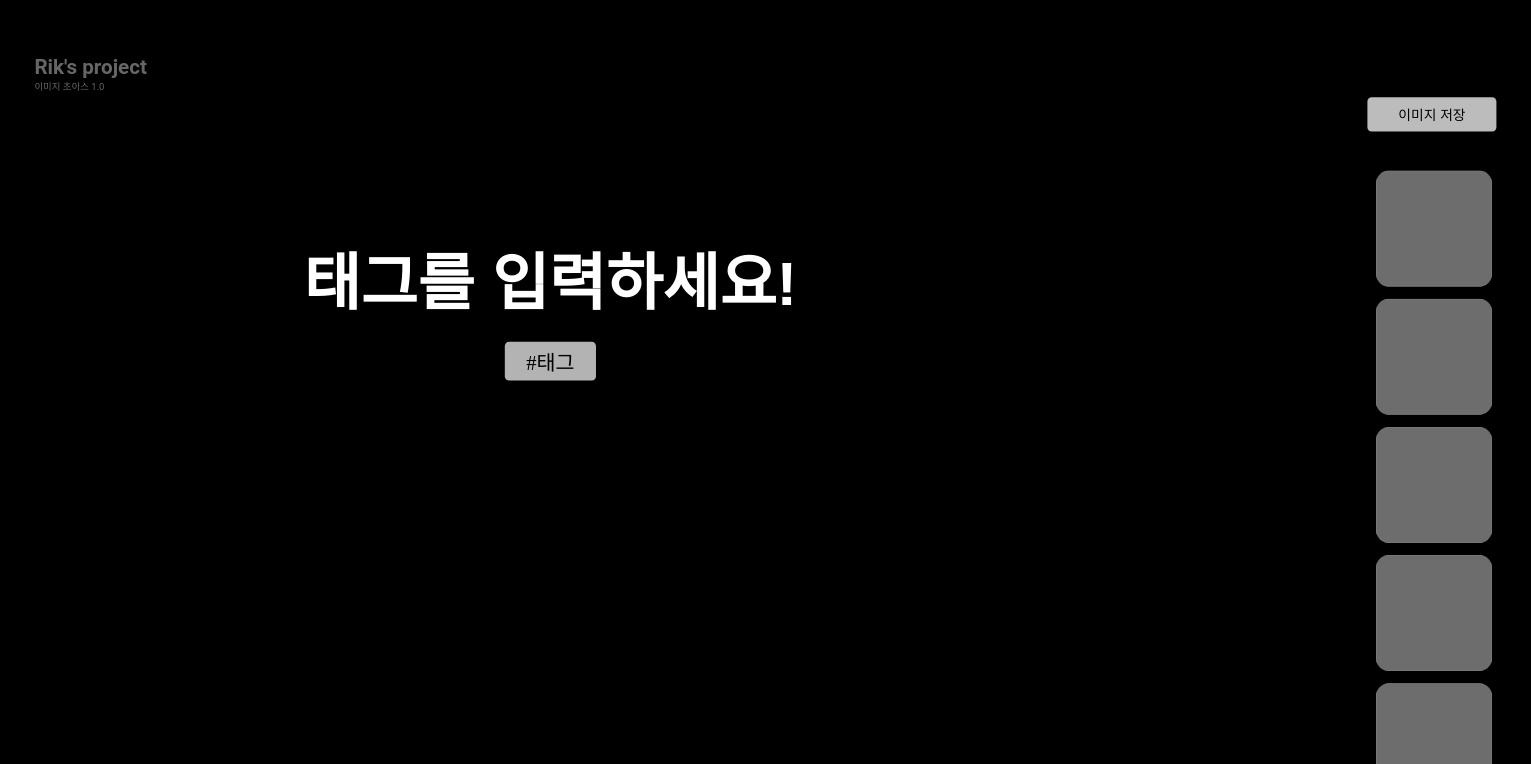
Repository: YoonJoowon/ImageTagPrinter
Page: public/index.html
These files come from the project's save history. The page is drawn as it stood at one moment and after the next save; the edit follows.
The browser window is 1280 px wide. The page is 1780 px wide, so the pictures cover 1780 px, including what lies to the right of the window. The pictures show the whole page, at 86% of full size.
An inner scrolling area shows only its first screen.

Above is the page before, as saved 2023-05-23 16:06:54.

### public/index.html
<!DOCTYPE html>
<html lang="en">

<head>
  <meta charset="UTF-8">
  <meta http-equiv="X-UA-Compatible" content="IE=edge">
  <meta name="viewport" content="width=device-width, initial-scale=1.0">

  <link rel="preconnect" href="https://fonts.googleapis.com">
  <link rel="preconnect" href="https://fonts.gstatic.com" crossorigin>
  <link href="https://fonts.googleapis.com/css2?family=Libre+Baskerville:ital,wght@0,400;0,700;1,400&display=swap" rel="stylesheet">
  <link rel="stylesheet" href="../src/index.css">
  <script defer src="App.js"></script>

  <link rel="shortcut icon" href="img/favicon.ico" type="image/x-icon">
  <link rel="icon" href="img/favicon.ico" type="image/x-icon">
  <title>검색어를 입력해보세요!</title>
</head>

<section class="wrapper">
  <header>
      <div>
        <a href="https://github.com/YoonJoowon" target="_blank">
          <h1>Rik's project</h1>
          <p>이미지 초이스 1.0</p>
        </a>
      </div>
      <div class="master__panel">
        <button class="btn" id="export">이미지 저장</button>
      </div>
  </header>
</section>

<section class="bar">
  <div class="imgBack"></div>

  <div class="scrollbar">
      <div class="images">
        <img class="image1" onclick="changeBackground(this)">
        <img class="image2" onclick="changeBackground(this)">
        <img class="image3" onclick="changeBackground(this)">
        <img class="image4" onclick="changeBackground(this)">
        <img class="image5" onclick="changeBackground(this)">
        <img class="image6" onclick="changeBackground(this)">
        <img class="image7" onclick="changeBackground(this)">
        <img class="image8" onclick="changeBackground(this)">
        <img class="image9" onclick="changeBackground(this)">
        <img class="image10" onclick="changeBackground(this)">
        <img class="image11" onclick="changeBackground(this)">
      </div>
  </div>
</section>

<body>
  <section class="container">
    <input type="text" class="addTag"  placeholder="태그를 입력하세요!" >
    <section class="container_tag">
      <!-- container__tag 이거랑 addEventListner랑 관련 있음  -->
      <article class="tag" data-keyword="">
          #태그
    </section>
  </section>
</body>

  <script>
    function changeBackground(imageElement) {
      const imageUrl = imageElement.src;
      document.body.style.backgroundImage = `url(${imageUrl})`;
  }
  </script>
</html>

### src/index.css
* {
  margin: 0;
  padding: 0;
  box-sizing: border-box;
}

a {
  text-decoration: none;
  color: #fff;
}

/* HEADER */

header {
  padding-top: 64px;
  margin-bottom: 35px;
  width: 100%;
  font-family: 'Roboto', sans-serif;
  position: relative;
}

header h1 {
  font-size: 24px;
  color: #ffff;
  margin-left: 40px;
  opacity: 0.4;
  cursor: pointer;
}

header p {
  font-size: 11px;
  color: #ffff;
  margin-left: 40px;
  opacity: 0.4;
  cursor: pointer;
}

header .author {
  position: relative;
  margin-top: 58px;
  height: 48px;
}

header .author img {
  height: 48px;
  border-radius: 50%;
}

header .author .user {
  position: absolute;
  top: 50%;
  left: 65px;
  transform: translateY(-50%);
  font-size: 16px;
  font-weight: 600;

}


  /* BTN */

  .btn {
    width: 150px;
    height: 40px;
    margin-left: 1590px;
    margin-top: 5px;
    border-radius: 5px;
    border: none;
    background-color: #ebebeb;
    opacity: 0.8;
    color: rgb(0, 0, 0);
    font-size: 16px;
    font-weight: 400;
    cursor: pointer;
    transition: background-color 0.2s ease, color 0.2s ease, opacity 0.4s ease, transform 0.4s ease;
    /* float: right; */
  }

  .btn:active {
    transform: scale(1.2);
    opacity: 0.2;
  }
  .btn:hover {
    background-color: rgba(112, 215, 148, 0.7);
    color: #fff;
  }

  /* BACKGROUND */

  .background__btns {
    margin-top: 20px;
    border-top: 1px solid #cacaca;
  }



/* 추가 이미지 */
.bar{
  display: flex;
  position: relative;
}


.scrollbar {
  overflow: auto;
  scroll-margin-top: 00px;
  height: 700px;
  width: 1780px;
  scroll-behavior: smooth;
  opacity: 0.8;
  position: absolute;

}

.scrollbar::-webkit-scrollbar {
  width: 12px;
}

/* Handle */
.scrollbar::-webkit-scrollbar-thumb {
  background: #dcdcdc;
  border-radius: 10px;
}

/* Handle on hover */
.scrollbar::-webkit-scrollbar-thumb:hover {
  background: #8c8c8c;
}


.imgBack{
  width: 170px;
  height: 700px;
  opacity: 0.8;

  border-radius: 20px;
  margin-left: 1582px;
  background-color: #ffffff;
}

img {
  width: 135px;
  height: 135px;
  object-fit: cover;
  margin-right: 20px;
  margin-top: 10px;
  opacity: 0.8;

  cursor: pointer;
  border-radius: 15px;
  background-color: #acacac;
}

.images{
  width: 150px;
  margin-left: 1600px;
}

.images :hover{
  transform: scale(1.1);
  /* ease 부드럽게  transform 변형*/
  /* - 구형브라우저도 동작하기위해 필요 */
  transition: transform 0.3s ease;
  -webkit-transition: transform 0.3s ease;
  -moz-transition: transform 0.3s ease;
  -ms-transition: transform 0.3s ease;
  -o-transition: transform 0.3s ease;
  /* transform: translateY(-35px);
  -webkit-transform: translateX(-35px);
  -moz-transform: translateX(-35px);
  -ms-transform: translateX(-35px);
  -o-transform: translateX(-35px); */
}


/* body */
body {
  position: relative;
  background-color: #000000;
  height: 100vh;
  background-size: cover;
  background-repeat: no-repeat;
  background-position: center;
  /* font-family: 'Libre Baskerville', serif; */
}

.addTag {
  position: relative;
  border: none;
  width: 800px;
  height: 120px;
  text-align: center;
  font-size: 72px;
  /* font-style: ; */
  padding: 0 30px;
  font-weight: 700;
  background: transparent;
  color: #fff;
  text-shadow: 0 1px 6px rgba(0,0,0,0.5);
  font-family: Arial, Helvetica, sans-serif, cursive;
}


input.addTag::placeholder {
  color: #fff;
}

input.addTag::-moz-placeholder,
input.addTag::-webkit-input-placeholder {
  color: #fff;
}

.addTag:focus {
  outline: none;
}


.container {
  position: absolute;
  top: 50%;
  left: 50%;
  padding: 30px 0;
  width: 800px;
  text-align: center;
  border-radius: 15px;
  -webkit-border-radius: 15px;
  -moz-border-radius: 15px;
  -ms-border-radius: 15px;
  -o-border-radius: 15px;
  transform: translate(-50%, -50%);
  -webkit-transform: translate(-50%, -50%);
  -moz-transform: translate(-50%, -50%);
  -ms-transform: translate(-50%, -50%);
  -o-transform: translate(-50%, -50%);
}

.container__tag {
  margin-top: 30px;
}

.tag {
  color: #000;
  display: inline-block;
  cursor: pointer;
  font-size: 24px;
  font-weight: 500;
  background-color: rgba(255,255,255,0.7);
  margin: 8px 4px;
  padding: 5px 25px;
  border-radius: 5px;
  -webkit-border-radius: 5px;
  -moz-border-radius: 5px;
  -ms-border-radius: 5px;
  -o-border-radius: 5px;
  transition: transform 0.3s ease;
  -webkit-transition: transform 0.3s ease;
  -moz-transition: transform 0.3s ease;
  -ms-transition: transform 0.3s ease;
  -o-transition: transform 0.3s ease;
}

.tag:hover {
  color: #fff;
  opacity: 0.8;
  transform: translateY(-5px);
  -webkit-transform: translateY(-5px);
  -moz-transform: translateY(-5px);
  -ms-transform: translateY(-5px);
  -o-transform: translateY(-5px);
  background-color: rgba(112, 215, 148, 0.7);
}

### src/App.js
// "use strict"

// 즉시 실행함수를 사용하여 dataModule 을 생성하고 모듈 내에서 DOM 요소를 가져오는 코드임
const dataModule = (function () {
  // 웹 페이지에서 사용하는 여러 요소를 저장
  const DOM = {
    addTag: document.querySelector(".addTag"),
    container: document.querySelector(".container"),
    tagContainer: document.querySelector(".container_tag"),
    tags: document.querySelectorAll(".tag"),
  };

  return {
    // getDom() 메서드를 정의하고 DOM 객체를 반환 - 모듈 내에서 DOM 객체를 캡슐화하여 다른 모듈에서 간편하게 사용
    getDOM() {
      return DOM;
    },

    // 따라서 다른 모듈에서 dataModule.getDom() 메서드를 호출하여 DOM요소를 가져올 수 있음
  };
})();

const image1 = document.querySelector(".image1");
const image2 = document.querySelector(".image2");
const image3 = document.querySelector(".image3");
const image4 = document.querySelector(".image4");
const image5 = document.querySelector(".image5");
const image6 = document.querySelector(".image6");
const image7 = document.querySelector(".image7");
const image8 = document.querySelector(".image8");
const image9 = document.querySelector(".image9");
const image10 = document.querySelector(".image10");
const image11 = document.querySelector(".image11");

const images = [
  image1,
  image2,
  image3,
  image4,
  image5,
  image6,
  image7,
  image8,
  image9,
  image10,
  image11,
];

// 태그를 활용한 업데이트
const controller = (function () {
  const tagHTML = function (keyword, [R, G, B]) {
    // 매개변수들을 사용하여 article 요소를 생성하고 이 요소를 문자열 형태로 반환
    // 반환되는 문자열을 article 요소의 style 속성값으로 rgba 색상값을 지정 그리고 0.7은 불투명값
    // 즉 tagHTML은 주어진 keyword 와 R, G, B 값을 이용하여 배경색을 가진 HTML 태그를 반환하는 함수 = 일반적으로 태그 검색 및 필터링 등에서 사용
    return `<article style="background-color: rgba(${R}, ${G}, ${B}, 0.7);" class="tag" data-keyword="${keyword}">#${keyword}</article>`;
  };

  // min과 max 사이의 랜덤한 정수값을 반환 ex) randomRGB(0, 255)라면 0~255 사이의 랜덤한 값을 반환하여 RGB 색상 호출
  const randomRGB = function (min, max) {
    return Math.floor(Math.random() * (max - min) + 1) + min;
  };

  // 위와 마찬가지로 mix, max 범위내에서 랜덤한 값을 순서대로 push를 통해 arrRGB 배열을 정의 및 반환
  // 일반적으로 색상을 랜덤으로 지정해야 할 때 사용된다. ex) `getRandomRGB(0, 255)` 와 같이 호출하면 그 사이의 값의 색상값을 만들어 냄
  const getRandomRGB = function (min, max) {
    let arrRGB = [];
    arrRGB.push(randomRGB(min, max));
    arrRGB.push(randomRGB(min, max));
    arrRGB.push(randomRGB(min, max));
    return arrRGB;
  };

  // API를 이용한 사진 랜덤기술
  return {
    // searchByTag는 keyword를 매겨번수로 받아들임
    searchByTag(event, keyword) {
      fetch(`https://source.unsplash.com/featured/?${keyword.toLowerCase()}`)
        // fetch() 함수를 사용해서 Unplacsh API에서 Keyword에 해당하는 이미지를 가져오는 HTTP 요청
        .then((response) => {
          // 그리고나서 .then() 메서드를 이용해서 응답response 객체를 받아 응답객체의 url 속성을 사용하여 이미지 URL을 가져옴
          // images.push(imageUrl);
          if (response.url === "https://images.unsplash.com/source-404?fit=crop&fm=jpg&h=800&q=60&w=1200") {
            const imageUrl = "https://blog.kakaocdn.net/dn/cyPqS7/btrLR7rzKfq/7GTUuhsBjWQeg9167VPS81/img.png";
            images[currentIndex].src = imageUrl;
            images[currentIndex].alt = keyword;

            images[currentIndex].addEventListener("load", () => {
              document.body.style.backgroundImage = `url(${imageUrl})`;
              showNextImage();
            });
          } else {
            const imageUrl = response.url;
            images[currentIndex].src = imageUrl;
            images[currentIndex].alt = keyword;

            images[currentIndex].addEventListener("load", () => {
              document.body.style.backgroundImage = `url(${imageUrl})`;
              showNextImage();
            });
          }
        });
    },

    addNewTag(target, parentNode) {
      // target 은 HTML input 엘리먼트를 그러니까 원래 지정되어 있는, parentNode은 새로운 태그가 추가될 부모 엘리멘트를 가리킴
      const newColor = getRandomRGB(180, 230);
      // getRandomRGB 함수를 사용하여 랜덤 색을 배정
      const newHTML = tagHTML(target.value, newColor);
      // tagHTML 함수를 사용하여 새로운 태그의 HTML코드 생성
      parentNode.insertAdjacentHTML("beforeend", newHTML);
      // beforeend 위치에 newHTML을 삽입하여 새로운 태그를 추가 - insert 끼워넣다 Adjacent 인접한
      this.searchByTag(null, target.value);
      // 새로운 태그에 해당하는 이미지를 가져와서 웹페이지의 배경 이미지를 변경
      target.value = "";
      // target 엘리먼트 값을 초기화
      target.focus();
      // 포커스로 이동

      // 즉 searchByTag와 addNewTag 메서드를 함께 사용하여 태그를 추가할때마다 해당하는 이미지를 가져와서 배경이미지를 변경할 수 있음.
    },
  };
})();

let currentIndex = 0; // 한 번 돌면 위에서 오류가 남

function showNextImage() {
  // 현재 인덱스 1 증가시키기
  currentIndex++;

  // 배열의 끝에 도달한 경우 처음부터 다시 시작하기
  if (currentIndex >= images.length) {
    currentIndex = 0;
  }

  // 현재 인덱스를 제외한 모든 이미지 태그를 감추기
  // images.forEach((image, index) => {
  //   if (index !== currentIndex) {
  //     image.classList.remove('visible');
  //   }
  // });
}

// DOM을 이용한 데이터관리
const UIController = (function () {
  const DOM = dataModule.getDOM();
  // 맨 위의 dataModule에서 가져온 getDOM() 메서드를 호출하여 DOM요소를 가리키는 객체를 반환

  // DOM.tagContainer 요소에 클릭 이벤트 리스너를 추가. 클릭된 엘리먼트가 tag 클래스를 포함하지 않을 경우 함수 종료
  DOM.tagContainer.addEventListener("click", (event) => {
    if (!event.target.classList.contains("tag")) return;
    const keyword = event.target.dataset.keyword;
    controller.searchByTag(null, keyword);
    // 1. 만약 클릭된 엘리먼트가 tag 클래스를 포함하고 있다면,
    // 2. 클릭된 태그의 data-keyword 속성값을 keyword 변수에 저장하고
    // 3. controller.searchByTag() 메서드를 호출하여 해당키워드에 맞는 이미지 호출
  });

  // DOM.addTag 요소에 키다운 이벤트리스너 추가
  DOM.addTag.addEventListener("keydown", (e) => {
    if (e.key === "Enter") {
      controller.addNewTag(e.target, DOM.tagContainer);
    }
  });
  // 1. 만약 눌린 키가 Enter 일 경우 controller.addNewTag() 메서드를 호출
  // 2. 이 메서드는 Dom.addTag 요소의 값을 가져와서 새로운 태그 생성
  // 3. 해당 태그에 맞는 이미지를 가져와 웹페이지의 배경 이미지 변경

  // 4. 마지막으로 DOM.addTag 요소에 포커스를 설정
  DOM.addTag.focus();

  // UIController 모듈은 DOM 요소에 이벤트 리스너를 추가하여 사용자 인터페이스를 제어
  // 사용자가 태그를 클릭하거나 새로운 추가할때마다 해당 키워드에 맞는 이미지를 가져와서 웹 페이지의 배경이미지를 변경
})();

// 이미지 저장
const button = document.getElementById("export");
const body = document.body;

button.addEventListener("click", () => {
  const backgroundImageUrl = getComputedStyle(body)
    .backgroundImage.slice(4, -1)
    .replace(/"/g, ""); // 배경 이미지 URL 추출
  // url("이미지 파일 경로") = slice(4, -1)은 문자열의 첫 4글자(`"url("`)과 마지막 글자 (`")"`를 제거함.) - 배경이미지 url 추출할 때 많이 사용
  // replace는 문자열에서 모든 큰따옴표를 제거
  const link = document.createElement("a"); // a 태그 생성 - 하이퍼링크 설정할때
  link.href = backgroundImageUrl; // 다운로드 링크 지정 - 링크주소 설정할때

  link.download = "background.jpg"; // 파일 이름 지정
  // link.style.display = "none"; // 화면에 표시하지 않도록 설정
  // document.body.appendChild(link); // body에 a 태그 추가
  // link.click(); // 클릭 이벤트 발생

  // <a href=""> 즉 이거 설정해서 이미지 링크로 이동하게 해줌
  const popup = window.open("", "popup", "width=1280, height=860");
  popup.document.write('<img src="' + link.href + '" width="100%" />');
});

// const captureModal = document.querySelector('.capture_modal');

// const captureExport = function () {
//   html2canvas(document.querySelector('#capture'), {
//     logging: true,
//     letterRendering: 1,
//     allowTaint: true,
//     useCORS: true,
//   }).then((canvas) => {
//     captureModal.appendChild(canvas).classList.add('canvas');
//   });

//   mod.forEach((e) => e.classList.remove('hidden'));
// };

// const removeCapture = function () {
//   captureModal.removeChild(captureModal.firstElementChild);

//   mod.forEach((e) => e.classList.add('hidden'));
// };

// produceImageBtn.addEventListener('click', captureExport);
// overlay.addEventListener('click', removeCapture);
// window.addEventListener('keydown', (e) => {
//   if (e.key === 'Escape') {
//     removeCapture();
//   }
// });

// export default App;

After the next save:
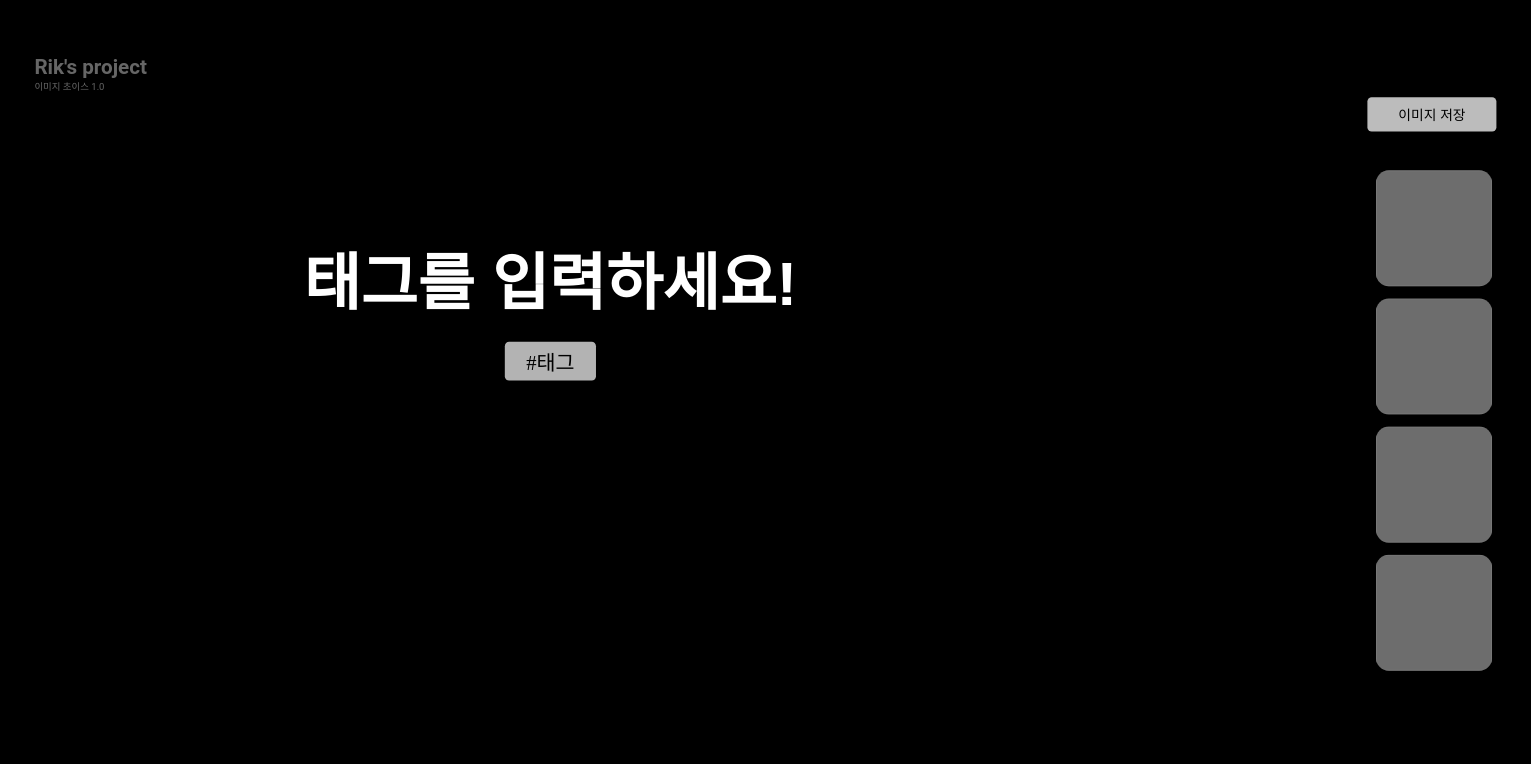
Saved 70 s later.
--- a/public/index.html
+++ b/public/index.html
@@ -40,13 +40,13 @@
         <img class="image2" onclick="changeBackground(this)">
         <img class="image3" onclick="changeBackground(this)">
         <img class="image4" onclick="changeBackground(this)">
-        <img class="image5" onclick="changeBackground(this)">
+        <!-- <img class="image5" onclick="changeBackground(this)">
         <img class="image6" onclick="changeBackground(this)">
         <img class="image7" onclick="changeBackground(this)">
         <img class="image8" onclick="changeBackground(this)">
         <img class="image9" onclick="changeBackground(this)">
         <img class="image10" onclick="changeBackground(this)">
-        <img class="image11" onclick="changeBackground(this)">
+        <img class="image11" onclick="changeBackground(this)"> -->
       </div>
   </div>
 </section>

After the save that followed:
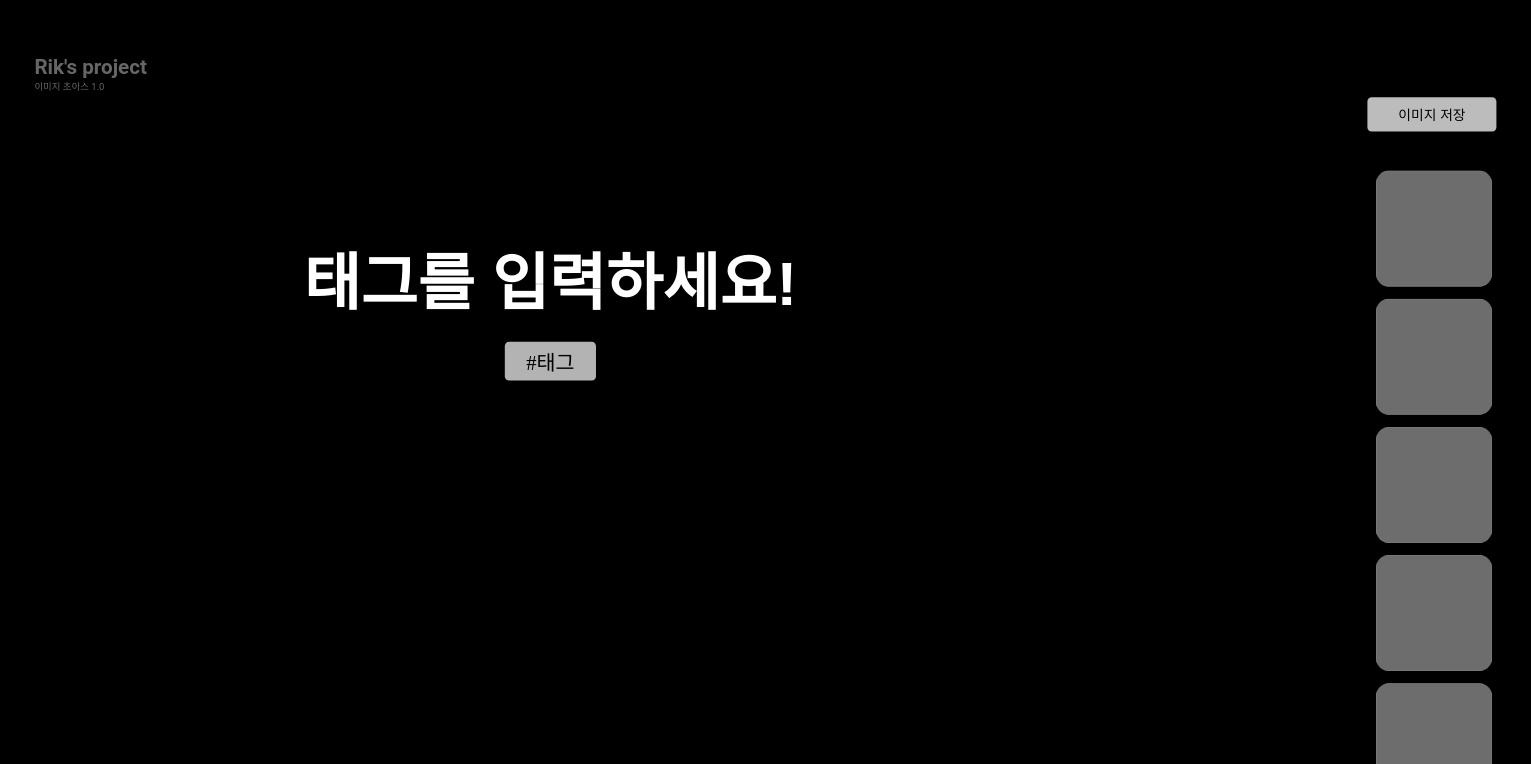
Saved 25 s later.
--- a/public/index.html
+++ b/public/index.html
@@ -40,13 +40,13 @@
         <img class="image2" onclick="changeBackground(this)">
         <img class="image3" onclick="changeBackground(this)">
         <img class="image4" onclick="changeBackground(this)">
-        <!-- <img class="image5" onclick="changeBackground(this)">
+        <img class="image5" onclick="changeBackground(this)">
         <img class="image6" onclick="changeBackground(this)">
         <img class="image7" onclick="changeBackground(this)">
         <img class="image8" onclick="changeBackground(this)">
         <img class="image9" onclick="changeBackground(this)">
         <img class="image10" onclick="changeBackground(this)">
-        <img class="image11" onclick="changeBackground(this)"> -->
+        <img class="image11" onclick="changeBackground(this)">
       </div>
   </div>
 </section>
